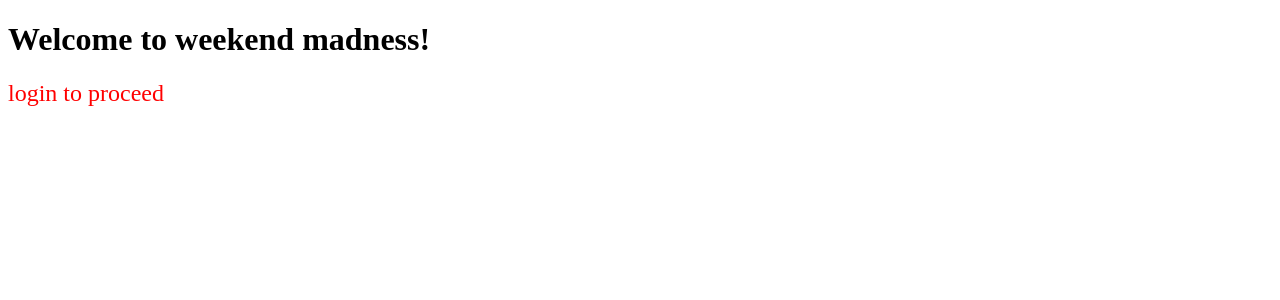
Repository: satishkumarms/WorkSpace
Page: http://localhost/MovieTicketBooking/
The author's editor kept a copy of each file at every save. The page is drawn from the files as they stood at one save, then again after the next save.
The browser window is 1280 px wide. The pictures show the whole page.
The page is served by Tomcat 9. Other server files are loaded and not shown.

Above is the page before, as saved 2018-07-21 06:18:34.

### MovieTicketBooking/WebContent/index.jsp
<%@ page language="java" contentType="text/html; charset=ISO-8859-1"
    pageEncoding="ISO-8859-1"%>
<!DOCTYPE html PUBLIC "-//W3C//DTD HTML 4.01 Transitional//EN" "http://www.w3.org/TR/html4/loose.dtd">
<html>
<head>
<meta http-equiv="Content-Type" content="text/html; charset=ISO-8859-1">
<title>Movie Ticket Booking</title>
</head>
<body>


<h1> Welcome to weekend madness!</h1>
<font size="5" color="red"><a href = "login"></a> login to proceed</font>
</body>
</html>

After the next save:
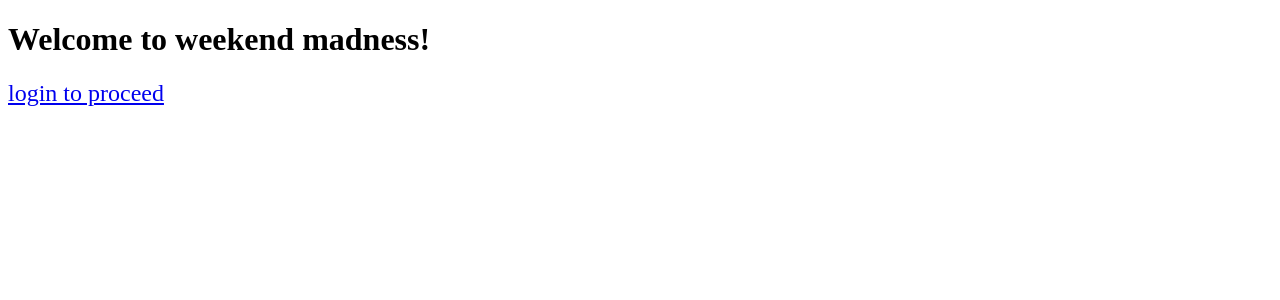
Saved 32 s later.
--- a/MovieTicketBooking/WebContent/index.jsp
+++ b/MovieTicketBooking/WebContent/index.jsp
@@ -10,6 +10,6 @@
 
 
 <h1> Welcome to weekend madness!</h1>
-<font size="5" color="red"><a href = "login"></a> login to proceed</font>
+<font size="5" color="red"><a href = "login">login to proceed</a> </font>
 </body>
 </html>
